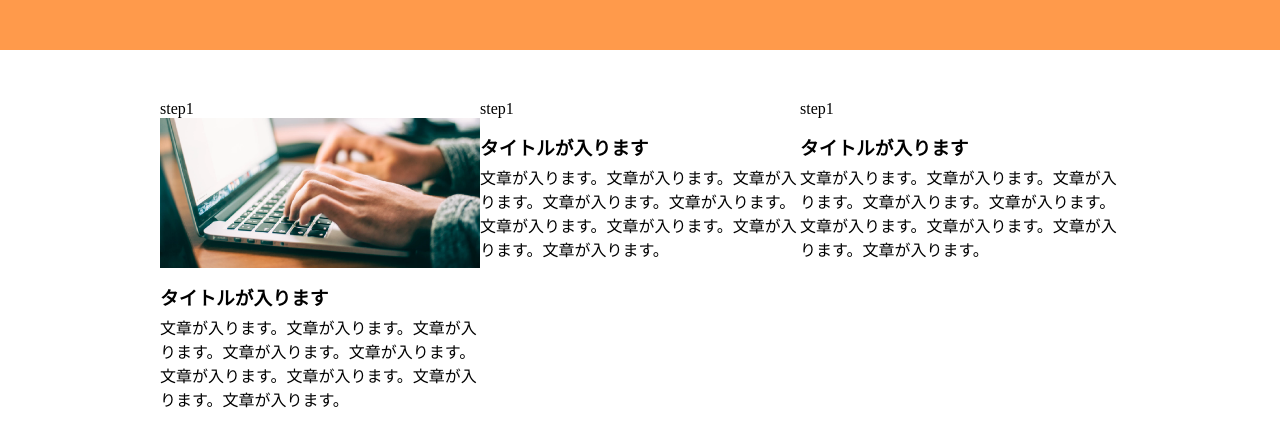
Repository: Tyubyasa/abc
Page: chapter9-2/chapter9-2.html
The author's editor kept a record of every edit. The page is drawn from the files as they stood at one moment, then again after the next edit.
The browser window is 1280 px wide. The pictures show the whole page.

Above is the page before.

### chapter9-2/chapter9-2.html
<!DOCTYPE html>
<html lang="ja">
  <head>
    <meta charset="UTF-8" />
    <!-- CSSファイルの読み込み -->
    <link rel="stylesheet" href="chapter9-2.css" />
    <title>chapter9-2</title>
 </head>

 <body>
        <!-- header -->
    <header>

    </header>
    <!-- main用のdiv -->
    <main>
      <div class="container">
        <div class="step">step1</div>
        <div class="content">

          <div class="step-img1"></div>
          <h3 class="title">タイトルが入ります</h3>
          <p>文章が入ります。文章が入ります。文章が入ります。文章が入ります。文章が入ります。文章が入ります。文章が入ります。文章が入ります。文章が入ります。</p>
        </div>
      </div>
      <div class="container">
        <div class="step">step1</div>
        <div class="content">

          <div class="image1"></div>
          <h3 class="title">タイトルが入ります</h3>
          <p>文章が入ります。文章が入ります。文章が入ります。文章が入ります。文章が入ります。文章が入ります。文章が入ります。文章が入ります。文章が入ります。</p>
        </div>
      </div>
      <div class="container">
        <div class="step">step1</div>
        <div class="content">

          <div class="image1"></div>
          <h3 class="title">タイトルが入ります</h3>
          <p>文章が入ります。文章が入ります。文章が入ります。文章が入ります。文章が入ります。文章が入ります。文章が入ります。文章が入ります。文章が入ります。</p>
        </div>
      </div>
</body>
</section>
</main>
</html>

### chapter9-2/chapter9-2.css
* {
  box-sizing: border-box;
  margin: 0;
  padding: 0;
}

header {
  height: 50px;
  background-color: #ff9a4b;
}

main {
  width: 960px;
  margin: 50px auto;
  display: flex;
}

.step-box {
  width: 300px;
  margin-right: 30px;
  padding: 10px;
  position: relative;
  background-color: #eee;
}

.step-box:last-child {
  margin-right: 0;
}

.step-img1 {
  height: 150px;
  background-image: url(img/flow01.png);
  background-position: bottom;
  background-size: cover;
}

.step-img2 {
  height: 150px;
  background-image: url(img/flow02.png);
  background-position: bottom;
  background-size: cover;
}

.step-img3 {
  height: 150px;
  background-image: url(img/flow03.png);
  background-position: bottom;
  background-size: cover;
}

.step-num {
  position: absolute;
  top: 0;
  left: 0;
  background-color: #ff9a4b;
  color: #fff;
}

.title {
  margin: 15px 0 5px;
}

footer {
  height: 50px;
  background-color: #aaa;
}

@media screen and (max-width: 768px) {
main {
  width: 100%;
  display: block;
}
stepbox{
  width: 90%;
  padding: 20px;
}
}

After the next edit:
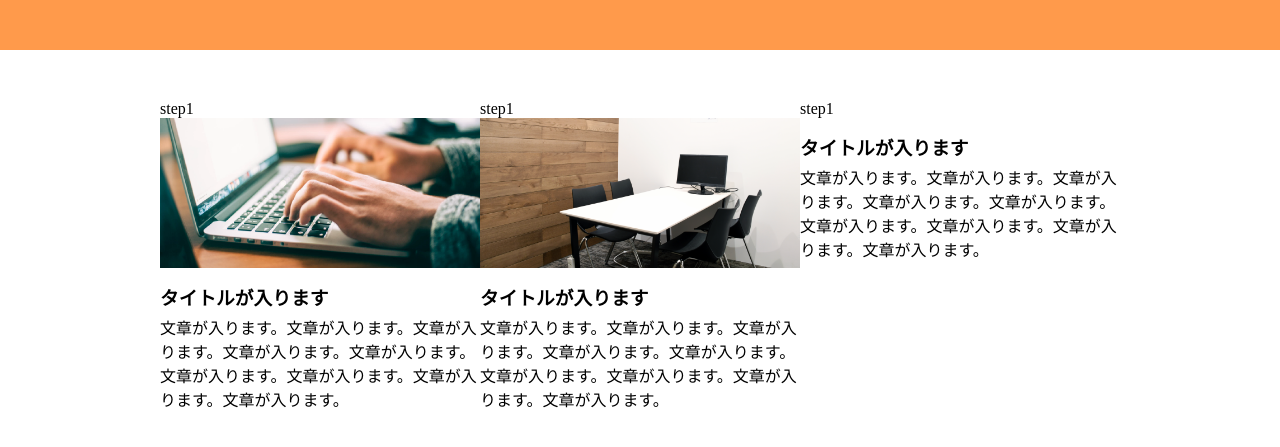
The edit:
--- a/chapter9-2/chapter9-2.html
+++ b/chapter9-2/chapter9-2.html
@@ -27,7 +27,7 @@
         <div class="step">step1</div>
         <div class="content">
 
-          <div class="image1"></div>
+          <div class="step-img2"></div>
           <h3 class="title">タイトルが入ります</h3>
           <p>文章が入ります。文章が入ります。文章が入ります。文章が入ります。文章が入ります。文章が入ります。文章が入ります。文章が入ります。文章が入ります。</p>
         </div>
